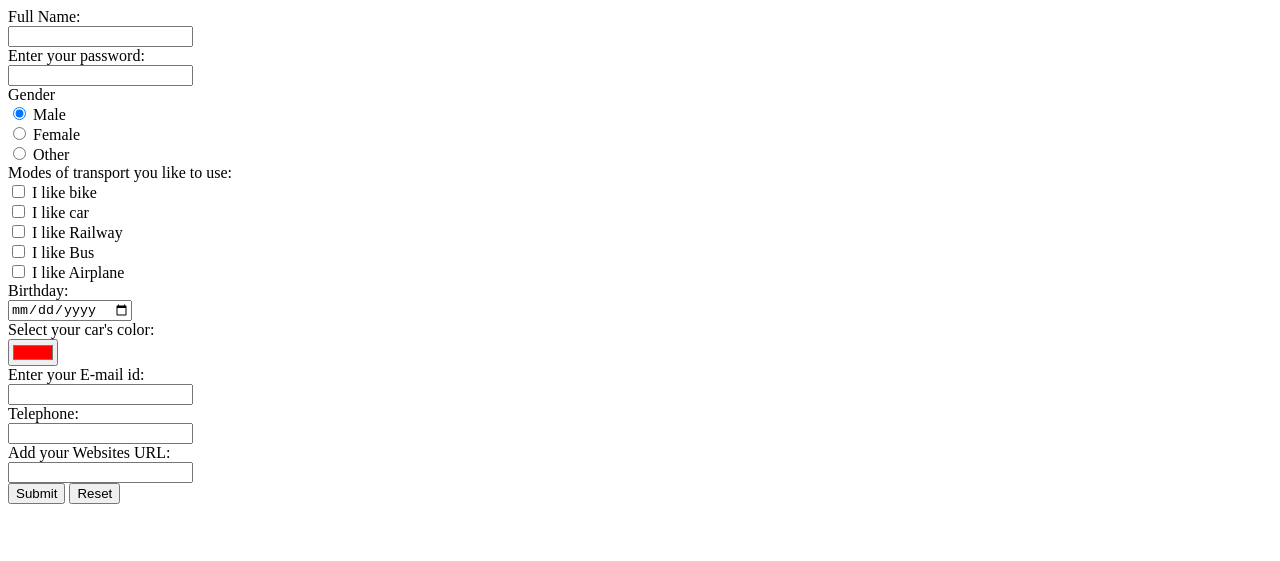
Repository: AdityaParashar93/Homework1_CMPE273
Page: CMPE273/Refresher_JS/WebContent/InputTypes.html
These files come from the project's save history. The page is drawn as it stood at one moment and after the next save; the edit follows.
The browser window is 1280 px wide. The pictures show the whole page.

Above is the page before, as saved 2016-09-16 05:52:58.

### CMPE273/Refresher_JS/WebContent/InputTypes.html
<!DOCTYPE html>
<html>
<head>
<meta charset="ISO-8859-1">
<title>InputTypes</title>
</head>
<body>
<form>
Full Name:<br>
<input type="text" name="fullname" required><br>
Enter your password:<br>
<input type="password" name="password" required><br>
Gender<br>
<input type="radio" name="gender" value="male" checked> Male<br>
<input type="radio" name="gender" value="female"> Female<br>
<input type="radio" name="gender" value="other"> Other<br>
Modes of transport you like to use:<br>
<input type="checkbox" name="vehicle1" value="Bike"> I like bike<br>
<input type="checkbox" name="vehicle2" value="Car"> I like car<br>
<input type="checkbox" name="vehicle3" value="Rail"> I like Railway<br>
<input type="checkbox" name="vehicle4" value="Bus"> I like Bus<br>
<input type="checkbox" name="vehicle4" value="Airplane"> I like Airplane<br>
Birthday:<br>
<input type="date" name="bday" required><br>
Select your car's color:<br>
<input type="color" name="favcolor" value="#ff0000"><br>
Enter your E-mail id:<br>
<input type="email" name="email" required><br>
Telephone:<br>
<input type="tel" name="usrtel"><br>
Add your Websites URL:<br>
<input type="url" name="homepage"><br>
 <input type="submit" value="Submit">
  <input type="reset"><br>
</form>
</body>
</html>

After the next save:
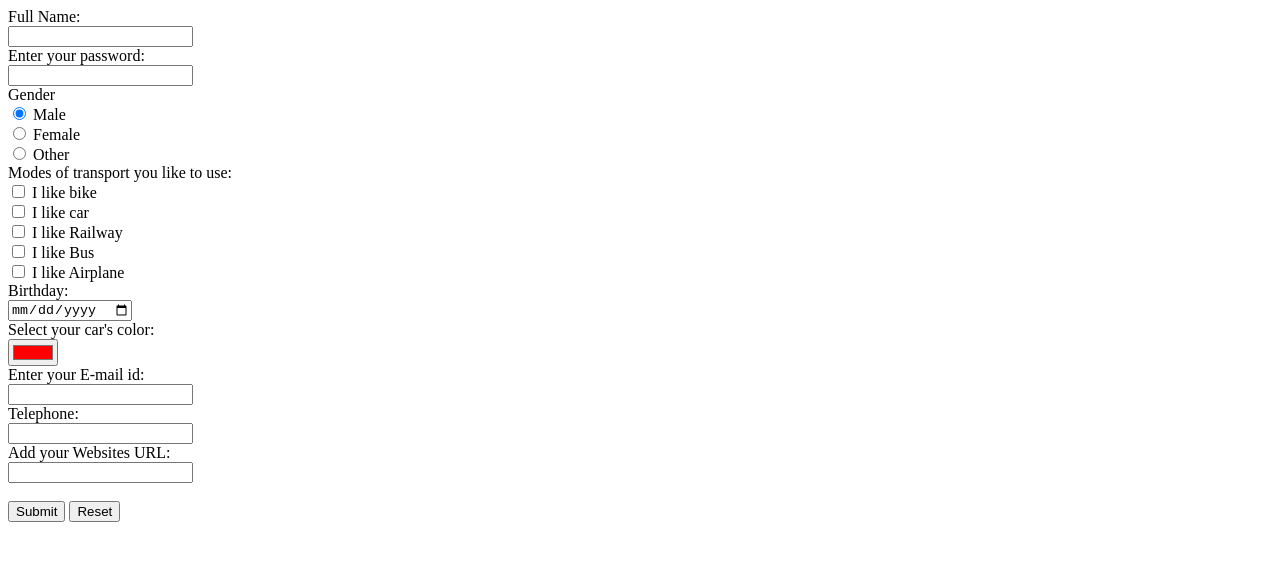
Saved 49 s later.
--- a/CMPE273/Refresher_JS/WebContent/InputTypes.html
+++ b/CMPE273/Refresher_JS/WebContent/InputTypes.html
@@ -29,7 +29,7 @@ Enter your E-mail id:<br>
 Telephone:<br>
 <input type="tel" name="usrtel"><br>
 Add your Websites URL:<br>
-<input type="url" name="homepage"><br>
+<input type="url" name="homepage"><br><br>
  <input type="submit" value="Submit">
   <input type="reset"><br>
 </form>
